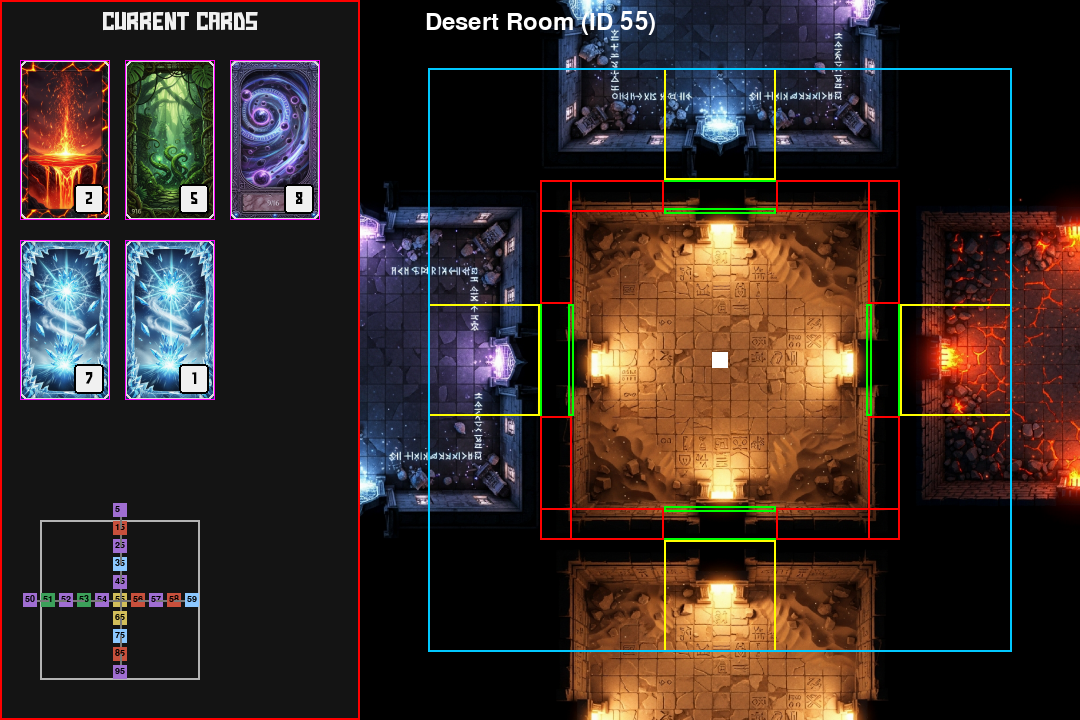
Repository: MehediMim/GateBound
Script's output: python main.py
An editor plug-in stored every save of this project. The script's output is shown before and after a run of saves, followed by the edit.
The window is shown after at most 60 frames with no key pressed. Random numbers start from a fixed seed. It also reads assets/bg_arcane.png, assets/bg_desert.png, assets/bg_ice.png, assets/bg_jungle.png, assets/bg_volcanic.png, assets/card_arcane.jpeg, assets/card_desert.jpeg, assets/card_ice.jpeg, assets/card_jungle.jpeg, assets/card_volcanic.jpeg, assets/retro.ttf.

Above is the script's output before, as saved 2026-01-26 19:47:10.

### main.py
import pygame
import sys
import random

# =========================
# CONFIG
# =========================
ROOM_ORIGINAL = 720
ROOM_SCALE = 0.5
ROOM_DRAW = int(ROOM_ORIGINAL * ROOM_SCALE)  # 512
FPS = 60
PLAYER_SPEED = 5
DEBUG = True
CARD_WIDTH  = 90
CARD_HEIGHT = 160   # 180 × 16 / 9 ≈ 320

CAN_PASS_DOOR = False



GRID_W = 10
GRID_H = 10

# =========================
# UI / LAYOUT (IMPORTANT)
# =========================
SIDEBAR_W = 360            # LEFT UI ONLY
PREVIEW_MARGIN = ROOM_DRAW // 2     # space for half rooms

SCREEN_WIDTH  = SIDEBAR_W + ROOM_DRAW + PREVIEW_MARGIN * 2
SCREEN_HEIGHT = ROOM_DRAW + PREVIEW_MARGIN * 2



# =========================
# CARD CONFIG
# =========================
CARD_TYPES = ["Jungle", "Desert", "Ice", "Volcanic", "Arcane"]
CARD_MIN_POWER = 1
CARD_MAX_POWER = 9
MAX_CARDS = 5

# =========================
# INIT
# =========================
pygame.init()
screen = pygame.display.set_mode((SCREEN_WIDTH, SCREEN_HEIGHT))
pygame.display.set_caption("Tower Puzzle — Rooms (10x10)")
clock = pygame.time.Clock()

font = pygame.font.SysFont(None, 36)
map_font = pygame.font.SysFont(None, 14)
retro_font = pygame.font.Font("assets/retro.ttf", 26)
retro_small = pygame.font.Font("assets/retro.ttf", 16)


# =========================
# ROOM TYPES + BG
# =========================
ROOM_TYPES = ["Jungle", "Desert", "Ice", "Volcanic", "Arcane"]

BG_RAW = {
    "Jungle": pygame.image.load("assets/bg_jungle.png").convert(),
    "Desert": pygame.image.load("assets/bg_desert.png").convert(),
    "Ice": pygame.image.load("assets/bg_ice.png").convert(),
    "Volcanic": pygame.image.load("assets/bg_volcanic.png").convert(),
    "Arcane": pygame.image.load("assets/bg_arcane.png").convert(),
}
card_images = {
    "jungle": pygame.image.load("assets/card_jungle.jpeg").convert_alpha(),
    "desert": pygame.image.load("assets/card_desert.jpeg").convert_alpha(),
    "ice": pygame.image.load("assets/card_ice.jpeg").convert_alpha(),
    "volcanic": pygame.image.load("assets/card_volcanic.jpeg").convert_alpha(),
    "arcane": pygame.image.load("assets/card_arcane.jpeg").convert_alpha(),
}
CARD_IMAGE_KEY = {
    "Jungle": "jungle",
    "Desert": "desert",
    "Ice": "ice",
    "Volcanic": "volcanic",
    "Arcane": "arcane",
}

ROOM_COLORS = {
    "Jungle":   (60, 160, 90),
    "Desert":   (210, 190, 90),
    "Ice":      (140, 200, 255),
    "Volcanic": (200, 80, 60),
    "Arcane":   (160, 110, 210),
}


BG = {
    k: pygame.transform.smoothscale(v, (ROOM_DRAW, ROOM_DRAW))
    for k, v in BG_RAW.items()
}

for key in card_images:
    card_images[key] = pygame.transform.smoothscale(
        card_images[key],
        (CARD_WIDTH, CARD_HEIGHT)
    )

# =========================
# GAME BOX (UNCHANGED LOGIC)
# =========================
GAME_BOX_RECT = pygame.Rect(
    SIDEBAR_W + PREVIEW_MARGIN,
    PREVIEW_MARGIN,
    ROOM_DRAW,
    ROOM_DRAW
)

ROOM_RECT = GAME_BOX_RECT.copy()

GATE_THICK = 6

GATES = {
    "top": pygame.Rect(
        ROOM_RECT.centerx - 56,
        ROOM_RECT.top + 28,
        112,
        GATE_THICK
    ),
    "bottom": pygame.Rect(
        ROOM_RECT.centerx - 56,
        ROOM_RECT.bottom - 28 - GATE_THICK,
        112,
        GATE_THICK
    ),
    "left": pygame.Rect(
        ROOM_RECT.left + 28,
        ROOM_RECT.centery - 56,
        GATE_THICK,
        112
    ),
    "right": pygame.Rect(
        ROOM_RECT.right - 28 - GATE_THICK,
        ROOM_RECT.centery - 56,
        GATE_THICK,
        112
    ),
}


# =========================
# DOORS
# =========================
DOORS = {
    "top":    pygame.Rect(ROOM_RECT.centerx - 56, ROOM_RECT.top - 112, 112, 112),
    "bottom": pygame.Rect(ROOM_RECT.centerx - 56, ROOM_RECT.bottom,     112, 112),
    "left":   pygame.Rect(ROOM_RECT.left - 112,   ROOM_RECT.centery - 56, 112, 112),
    "right":  pygame.Rect(ROOM_RECT.right,        ROOM_RECT.centery - 56, 112, 112),
}

WALL_THICK = 32

WALLS = {
    "top": pygame.Rect(
        ROOM_RECT.left, ROOM_RECT.top,
        ROOM_DRAW, WALL_THICK
    ),
    "bottom": pygame.Rect(
        ROOM_RECT.left, ROOM_RECT.bottom - WALL_THICK,
        ROOM_DRAW, WALL_THICK
    ),
    "left": pygame.Rect(
        ROOM_RECT.left, ROOM_RECT.top,
        WALL_THICK, ROOM_DRAW
    ),
    "right": pygame.Rect(
        ROOM_RECT.right - WALL_THICK, ROOM_RECT.top,
        WALL_THICK, ROOM_DRAW
    ),
}


WALK_RECT = ROOM_RECT.copy()
for r in DOORS.values():
    WALK_RECT.union_ip(r)

SPAWN = ROOM_RECT.center

# =========================
# WORLD (10x10 FIXED)
# =========================
rooms = {}

def room_id(x, y):
    return y * GRID_W + x

def create_world():
    for y in range(GRID_H):
        for x in range(GRID_W):
            rid = room_id(x, y)
            links = {}
            if y > 0: links["top"] = room_id(x, y - 1)
            if y < GRID_H - 1: links["bottom"] = room_id(x, y + 1)
            if x > 0: links["left"] = room_id(x - 1, y)
            if x < GRID_W - 1: links["right"] = room_id(x + 1, y)

            rooms[rid] = {
                "id": rid,
                "pos": (x, y),
                "type": random.choice(ROOM_TYPES),
                "links": links
            }

create_world()
current = room_id(GRID_W // 2, GRID_H // 2)

# =========================
# PLAYER
# =========================
player = pygame.Rect(0, 0, 16, 16)
player.center = SPAWN

# =========================
# CARDS
# =========================
cards = []

def create_random_card():
    return {
        "type": random.choice(CARD_TYPES),
        "power": random.randint(CARD_MIN_POWER, CARD_MAX_POWER)
    }

cards = [create_random_card() for _ in range(MAX_CARDS)]

# =========================
# MOVEMENT
# =========================
def move(dx, dy):
    keys = pygame.key.get_pressed()
    allow = keys[pygame.K_e]

    # ---------- X ----------
    player.x += dx

    # hard wall collision (ALWAYS)
    for w in get_blocking_walls():
        if player.colliderect(w):
            if dx > 0: player.right = w.left
            if dx < 0: player.left = w.right

    # gate collision (BLOCK unless E)
    for g in GATES.values():
        if player.colliderect(g) and not allow:
            if dx > 0: player.right = g.left
            if dx < 0: player.left = g.right

    # ---------- Y ----------
    player.y += dy

    # hard wall collision (ALWAYS)
    for w in get_blocking_walls():
        if player.colliderect(w):
            if dy > 0: player.bottom = w.top
            if dy < 0: player.top = w.bottom

    # gate collision (BLOCK unless E)
    for g in GATES.values():
        if player.colliderect(g) and not allow:
            if dy > 0: player.bottom = g.top
            if dy < 0: player.top = g.bottom

def change_room(direction):
    global current
    if direction in rooms[current]["links"]:
        current = rooms[current]["links"][direction]
        player.center = SPAWN

def handle_doors():
    global current
    keys = pygame.key.get_pressed()
    if not keys[pygame.K_e]:
        return

    for d, r in DOORS.items():
        if player.colliderect(r):
            current = rooms[current]["links"].get(d, current)
            player.center = SPAWN
            break

def draw_press_e_hint():
    for r in DOORS.values():
        if player.colliderect(r):
            txt = retro_small.render("PRESS E", True, (255, 255, 255))
            screen.blit(txt, (player.x - 10, player.y - 20))


# =========================
# DRAW UI
# =========================

def draw_cards_title():
    text = retro_font.render("CURRENT CARDS", True, (240, 240, 240))
    x = (SIDEBAR_W - text.get_width()) // 2
    y = 10
    screen.blit(text, (x, y))


def draw_cards():
    start_x = 20
    start_y = 60
    gap_x = 15
    gap_y = 20
    cards_per_row = 3

    for i, c in enumerate(cards):
        key = CARD_IMAGE_KEY[c["type"]]

        row = i // cards_per_row
        col = i % cards_per_row

        x = start_x + col * (CARD_WIDTH + gap_x)
        y = start_y + row * (CARD_HEIGHT + gap_y)

        # card image
        screen.blit(card_images[key], (x, y))

        # border
        pygame.draw.rect(
            screen,
            (220, 220, 220),
            (x, y, CARD_WIDTH, CARD_HEIGHT),
            2,
            border_radius=8
        )

        # 🔥 POWER BADGE (BOTTOM-RIGHT)
        power_text = retro_small.render(str(c["power"]), True, (0, 0, 0))
        badge_size = 30
        badge_x = x + CARD_WIDTH - badge_size - 6
        badge_y = y + CARD_HEIGHT - badge_size - 6

        pygame.draw.rect(
            screen,
            (240, 240, 240),
            (badge_x, badge_y, badge_size, badge_size),
            border_radius=4
        )
        pygame.draw.rect(
            screen,
            (0, 0, 0),
            (badge_x, badge_y, badge_size, badge_size),
            2,
            border_radius=4
        )

        screen.blit(
            power_text,
            (
                badge_x + (badge_size - power_text.get_width()) // 2,
                badge_y + (badge_size - power_text.get_height()) // 2
            )
        )

def draw_debug_borders():
    # Sidebar
    pygame.draw.rect(screen, (255, 0, 0), (0, 0, SIDEBAR_W, SCREEN_HEIGHT), 2)

    # Main room
    pygame.draw.rect(screen, (0, 255, 0), ROOM_RECT, 2)

    # Doors
    for r in DOORS.values():
        pygame.draw.rect(screen, (255, 255, 0), r, 2)
    for w in get_blocking_walls():
        pygame.draw.rect(screen, (255, 0, 0), w, 2)

    for g in GATES.values():
        pygame.draw.rect(screen, (0, 255, 0), g, 2)


    # Walkable area
    pygame.draw.rect(screen, (0, 200, 255), WALK_RECT, 2)

    # Card slots
    start_x = 20
    start_y = 60
    gap_x = 15
    gap_y = 20
    cards_per_row = 3

    for i in range(MAX_CARDS):
        row = i // cards_per_row
        col = i % cards_per_row

        x = start_x + col * (CARD_WIDTH + gap_x)
        y = start_y + row * (CARD_HEIGHT + gap_y)

        pygame.draw.rect(
            screen,
            (255, 0, 255),
            (x, y, CARD_WIDTH, CARD_HEIGHT),
            1
        )


def get_blocking_walls():
    blocks = []

    for side, wall in WALLS.items():
        door = DOORS[side]
        left_part = wall.clip(
            pygame.Rect(wall.left, wall.top, door.left - wall.left, wall.height)
        )
        right_part = wall.clip(
            pygame.Rect(door.right, wall.top, wall.right - door.right, wall.height)
        )

        if wall.width > wall.height:  # horizontal wall
            blocks.append(pygame.Rect(wall.left, wall.top, door.left - wall.left, wall.height))
            blocks.append(pygame.Rect(door.right, wall.top, wall.right - door.right, wall.height))
        else:  # vertical wall
            blocks.append(pygame.Rect(wall.left, wall.top, wall.width, door.top - wall.top))
            blocks.append(pygame.Rect(wall.left, door.bottom, wall.width, wall.bottom - door.bottom))

    return blocks



def draw_minimap():
    panel_size = 160
    panel_x = 40
    panel_y = SCREEN_HEIGHT - panel_size - 40

    node = 14
    gap = 4
    step = node + gap

    center_x = panel_x + panel_size // 2 - node // 2
    center_y = panel_y + panel_size // 2 - node // 2

    pygame.draw.rect(screen, (20, 20, 20), (panel_x, panel_y, panel_size, panel_size))
    pygame.draw.rect(screen, (180, 180, 180), (panel_x, panel_y, panel_size, panel_size), 2)

    # center room
    center_color = ROOM_COLORS[rooms[current]["type"]]
    pygame.draw.rect(screen, center_color, (center_x, center_y, node, node))

    screen.blit(
        map_font.render(str(current), True, (0, 0, 0)),
        (center_x + 2, center_y + 1)
    )

    directions = {
        "top": (0, -1),
        "bottom": (0, 1),
        "left": (-1, 0),
        "right": (1, 0),
    }

    for d, (dx, dy) in directions.items():
        rid = current
        cx, cy = center_x, center_y

        for _ in range(5):  # max 5 each side
            nxt = rooms[rid]["links"].get(d)
            if nxt is None:
                break

            cx += dx * step
            cy += dy * step

            pygame.draw.line(
                screen, (120, 120, 120),
                (cx + node // 2 - dx * step, cy + node // 2 - dy * step),
                (cx + node // 2, cy + node // 2),
                2
            )

            neighbor_color = ROOM_COLORS[rooms[nxt]["type"]]
            pygame.draw.rect(screen, neighbor_color, (cx, cy, node, node))

            screen.blit(
                map_font.render(str(nxt), True, (0, 0, 0)),
                (cx + 2, cy + 1)
            )

            rid = nxt

def draw_card(screen, card_type, x, y):
    screen.blit(card_images[card_type], (x, y))

def draw_card_with_border(screen, card_type, x, y):
    screen.blit(card_images[card_type], (x, y))
    pygame.draw.rect(
        screen,
        (220, 220, 220),  # light border
        (x, y, CARD_WIDTH, CARD_HEIGHT),
        2
    )

def draw_selected_card(screen, card_type, x, y):
    screen.blit(card_images[card_type], (x, y))
    glow_rect = pygame.Surface((CARD_WIDTH, CARD_HEIGHT), pygame.SRCALPHA)
    glow_rect.fill((255, 255, 255, 40))  # soft white glow
    screen.blit(glow_rect, (x, y))


# =========================
# LOOP
# =========================
while True:
    clock.tick(FPS)

    for e in pygame.event.get():
        if e.type == pygame.QUIT:
            pygame.quit()
            sys.exit()

    k = pygame.key.get_pressed()
    dx = dy = 0
    if k[pygame.K_a] or k[pygame.K_LEFT]: dx -= PLAYER_SPEED
    if k[pygame.K_d] or k[pygame.K_RIGHT]: dx += PLAYER_SPEED
    if k[pygame.K_w] or k[pygame.K_UP]: dy -= PLAYER_SPEED
    if k[pygame.K_s] or k[pygame.K_DOWN]: dy += PLAYER_SPEED

    move(dx, dy)
    handle_doors()

    screen.fill((0,0,0))

    # Sidebar
    pygame.draw.rect(screen, (20,20,20), (0,0,SIDEBAR_W,SCREEN_HEIGHT))
    pygame.draw.rect(screen, (180,180,180), (0,0,SIDEBAR_W,SCREEN_HEIGHT), 2)

    # Game box border
    pygame.draw.rect(screen, (30,30,30), GAME_BOX_RECT)
    pygame.draw.rect(screen, (180,180,180), GAME_BOX_RECT, 2)

    room = rooms[current]
    cx, cy = ROOM_RECT.topleft
    w = h = ROOM_DRAW
    half = w // 2

    # Center
    screen.blit(BG[room["type"]], (cx, cy))

    # Neighbors (VISIBLE, NOT CLIPPED)
    if "top" in room["links"]:
        t = rooms[room["links"]["top"]]
        screen.blit(BG[t["type"]].subsurface((0, half, w, half)), (cx, cy-half))
    if "bottom" in room["links"]:
        b = rooms[room["links"]["bottom"]]
        screen.blit(BG[b["type"]].subsurface((0, 0, w, half)), (cx, cy+w))
    if "left" in room["links"]:
        l = rooms[room["links"]["left"]]
        screen.blit(BG[l["type"]].subsurface((half, 0, half, h)), (cx-half, cy))
    if "right" in room["links"]:
        r = rooms[room["links"]["right"]]
        screen.blit(BG[r["type"]].subsurface((0, 0, half, h)), (cx+w, cy))

    pygame.draw.rect(screen, (255,255,255), player)
    draw_press_e_hint()
    draw_cards_title()
    # draw_cards()


    draw_cards()
    # draw_cards()
    draw_minimap()


    label = font.render(f"{room['type']} Room (ID {current})", True, (255,255,255))
    screen.blit(label, (SCREEN_WIDTH//2 - label.get_width()//2, 10))


    if DEBUG:
        draw_debug_borders()


    pygame.display.flip()

After the next 6 saves:
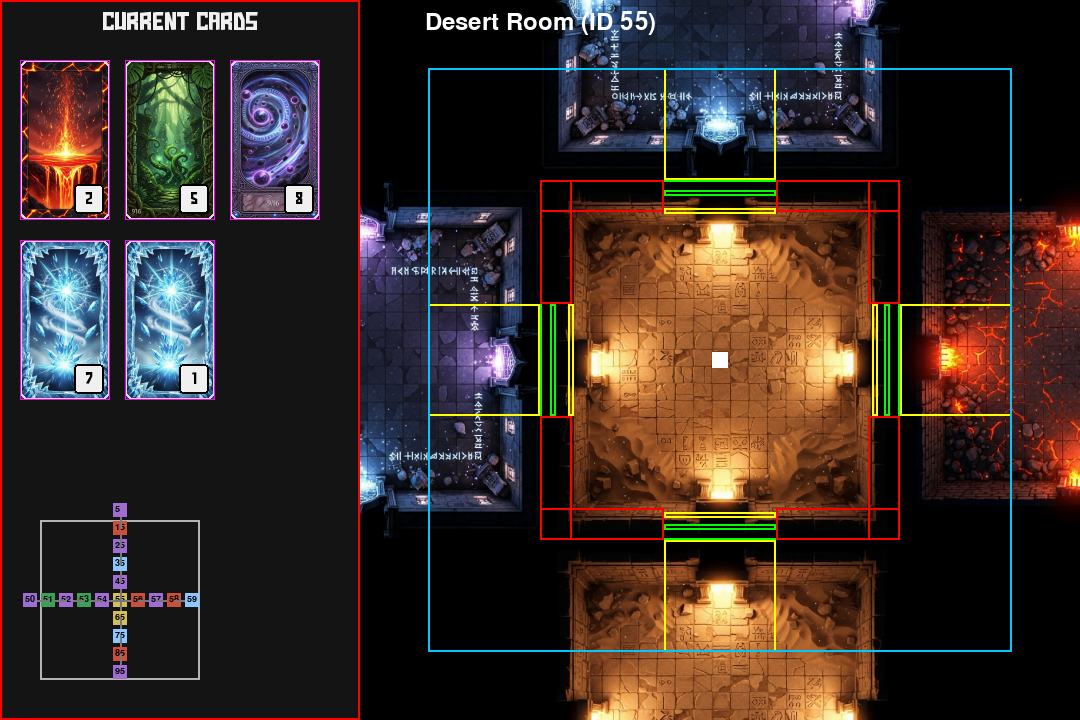
The 6 saves are shown as one change because 3 did not build or start and some came seconds apart.
The last was saved 2 min 31 s later.
--- a/main.py
+++ b/main.py
@@ -115,32 +115,52 @@ ROOM_RECT = GAME_BOX_RECT.copy()
 
 GATE_THICK = 6
 
-GATES = {
+FREE_GATES = {
+    "top": pygame.Rect(
+        ROOM_RECT.centerx - 56,
+        ROOM_RECT.top + 10,
+        112, 6
+    ),
+    "bottom": pygame.Rect(
+        ROOM_RECT.centerx - 56,
+        ROOM_RECT.bottom - 16,
+        112, 6
+    ),
+    "left": pygame.Rect(
+        ROOM_RECT.left + 10,
+        ROOM_RECT.centery - 56,
+        6, 112
+    ),
+    "right": pygame.Rect(
+        ROOM_RECT.right - 16,
+        ROOM_RECT.centery - 56,
+        6, 112
+    ),
+}
+
+LOCKED_GATES = {
     "top": pygame.Rect(
         ROOM_RECT.centerx - 56,
         ROOM_RECT.top + 28,
-        112,
-        GATE_THICK
+        112, 6
     ),
     "bottom": pygame.Rect(
         ROOM_RECT.centerx - 56,
-        ROOM_RECT.bottom - 28 - GATE_THICK,
-        112,
-        GATE_THICK
+        ROOM_RECT.bottom - 28,
+        112, 6
     ),
     "left": pygame.Rect(
         ROOM_RECT.left + 28,
         ROOM_RECT.centery - 56,
-        GATE_THICK,
-        112
+        6, 112
     ),
     "right": pygame.Rect(
-        ROOM_RECT.right - 28 - GATE_THICK,
+        ROOM_RECT.right - 28,
         ROOM_RECT.centery - 56,
-        GATE_THICK,
-        112
-    ),
-}
+        6, 112
+    ),
+}
+
 
 
 # =========================
@@ -235,35 +255,32 @@ def move(dx, dy):
     keys = pygame.key.get_pressed()
     allow = keys[pygame.K_e]
 
-    # ---------- X ----------
+    # ---- X ----
     player.x += dx
 
-    # hard wall collision (ALWAYS)
     for w in get_blocking_walls():
         if player.colliderect(w):
             if dx > 0: player.right = w.left
             if dx < 0: player.left = w.right
 
-    # gate collision (BLOCK unless E)
-    for g in GATES.values():
+    for g in LOCKED_GATES.values():
         if player.colliderect(g) and not allow:
             if dx > 0: player.right = g.left
             if dx < 0: player.left = g.right
 
-    # ---------- Y ----------
+    # ---- Y ----
     player.y += dy
 
-    # hard wall collision (ALWAYS)
     for w in get_blocking_walls():
         if player.colliderect(w):
             if dy > 0: player.bottom = w.top
             if dy < 0: player.top = w.bottom
 
-    # gate collision (BLOCK unless E)
-    for g in GATES.values():
+    for g in LOCKED_GATES.values():
         if player.colliderect(g) and not allow:
             if dy > 0: player.bottom = g.top
             if dy < 0: player.top = g.bottom
+
 
 def change_room(direction):
     global current
@@ -370,8 +387,11 @@ def draw_debug_borders():
     for w in get_blocking_walls():
         pygame.draw.rect(screen, (255, 0, 0), w, 2)
 
-    for g in GATES.values():
-        pygame.draw.rect(screen, (0, 255, 0), g, 2)
+    for g in FREE_GATES.values():
+        pygame.draw.rect(screen, (0, 255, 0), g, 2)   # first = free
+
+    for g in LOCKED_GATES.values():
+        pygame.draw.rect(screen, (255, 255, 0), g, 2) # second = needs E
 
 
     # Walkable area
